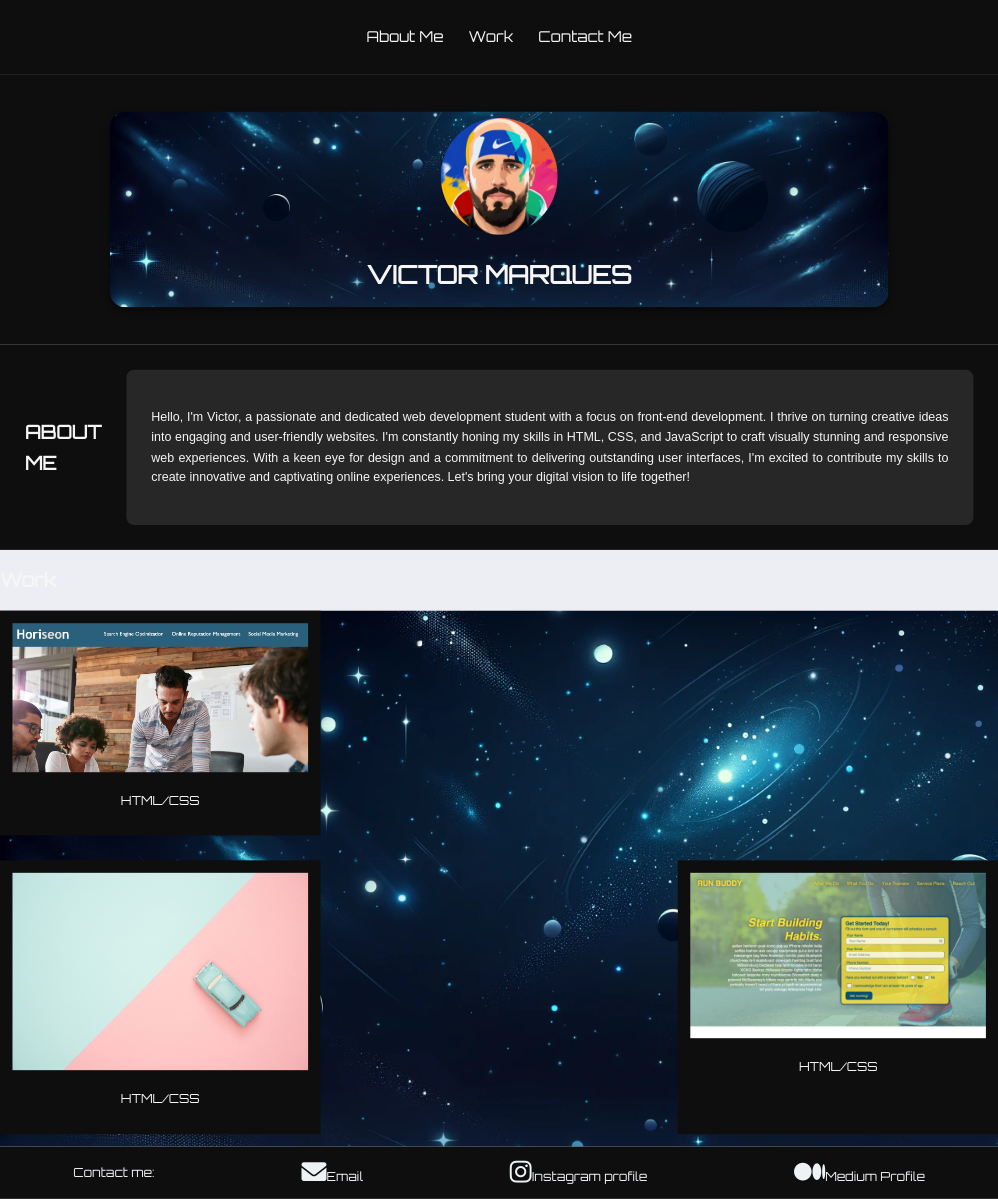
Repository: uvee35/Challenge2-Victor
Page: index.html
An editor plug-in stored every save of this project. The page is shown before and after a run of saves, followed by the edit.
The browser window is 1280 px wide. The pictures show the whole page, at 78% of full size.

Above is the page before, as saved 2023-12-12 22:32:15.

After the next 2 saves:
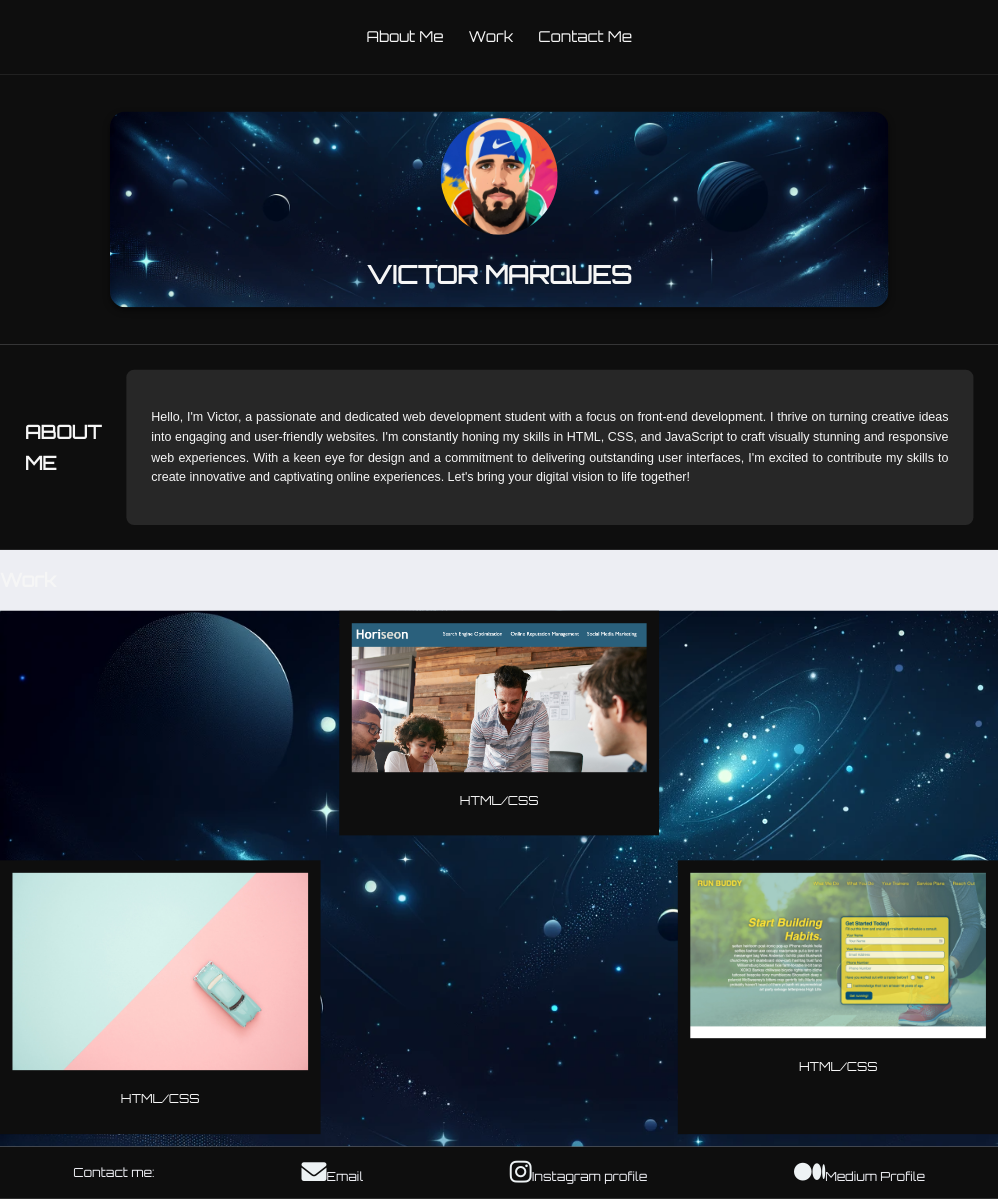
The 2 saves are shown as one change because they came seconds apart.
The last was saved 7 s later.
--- a/assets/style.css
+++ b/assets/style.css
@@ -134,6 +134,13 @@
   text-align: justify;
   font-family: Arial, Helvetica, sans-serif;
 }
+.project--featured {
+  max-width: 500px;
+  margin: auto;
+  grid-column: 1 / -1;
+
+
+}
 
 
 
